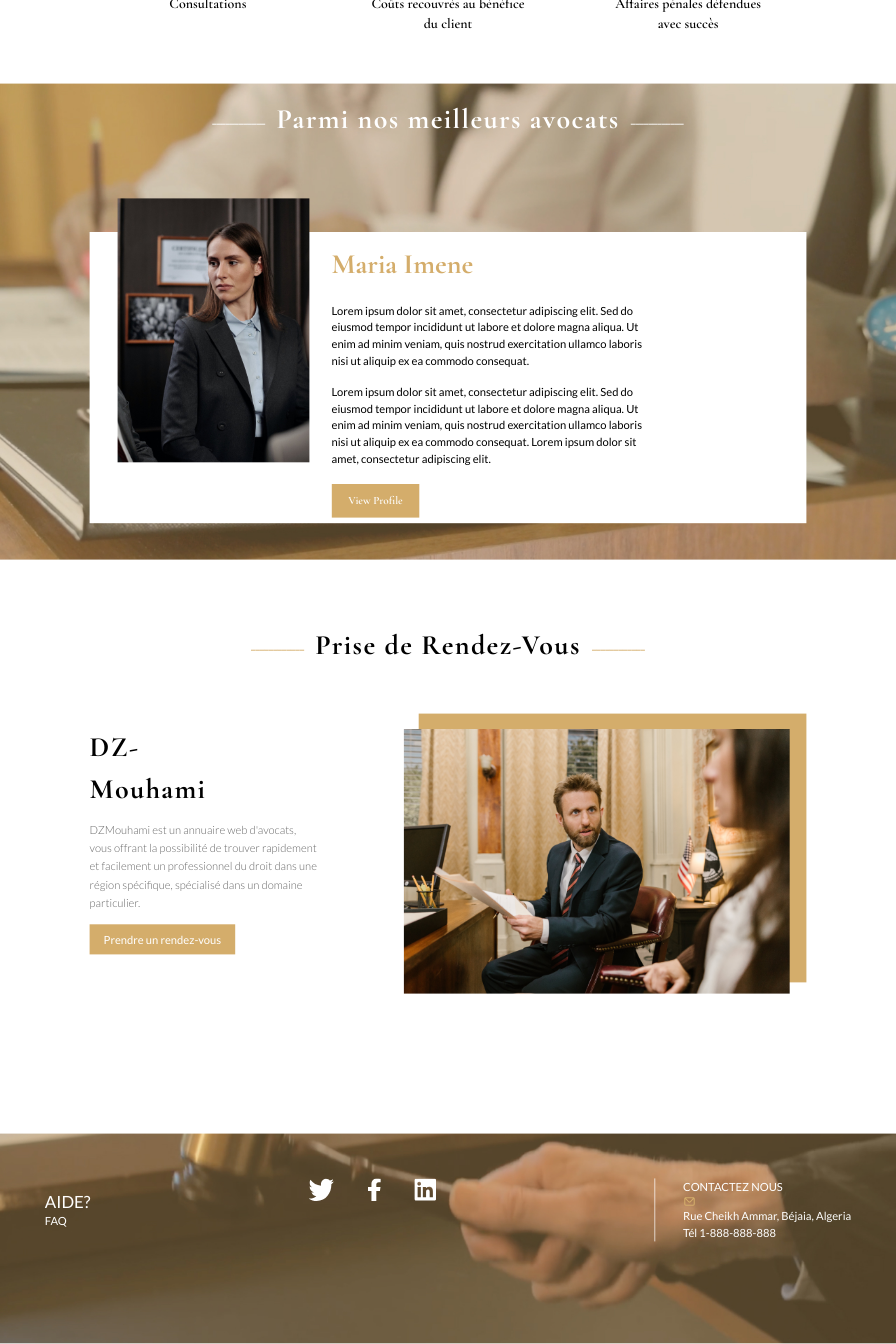
Repository: Chekrouba-Tinhinane/Mohami_dz
Page: / (app in client/)
The author's editor kept a copy of each file at every save. The page is drawn from the files as they stood at one save, then again after the next save.
The browser window is 1280 px wide. The pictures show the part of the page from y = 2348 to 4268 px (the page is 4268 px tall), at 70% of full size.
The project was rebuilt for these pictures with package versions that can differ from the ones it lists, and the page was loaded fresh each time. Also part of the build but not shown: client/vite.config.js, client/src/SignIn.jsx, client/src/components/Selector.jsx, client/src/components/SearchContainer.jsx, client/src/Search.jsx, client/src/components/super/HomeLayout.jsx, client/src/components/Profile.jsx.

Above is the page before, as saved 2024-01-25 18:13:09.

### client/index.html
<!doctype html>
<html lang="en">
  <head>
    <meta charset="UTF-8" />
    <link rel="icon" type="image/svg+xml" href="/vite.svg" />
    <meta name="viewport" content="width=device-width, initial-scale=1.0" />
    <title>Mouhami DZ</title>
  </head>
  <body>
    <div id="root"></div>
    <script type="module" src="/src/App.jsx"></script>
  </body>
</html>

### client/src/App.jsx
import React from "react";
import { createRoot } from "react-dom/client";
import { BrowserRouter, Routes, Route } from "react-router-dom";
import "./index.css";
import LandingPage from "./LandingPage";
import SignIn from "./SignIn";
import Search from "./Search";
import HomeLayout from "./components/super/HomeLayout";
import Profile from "./components/Profile";

const App = () => {
  return (
    <BrowserRouter>
      <Routes>
        <Route path={"/"} element={<LandingPage />} />

        <Route path={"/Signin"} element={<SignIn />} />
        <Route
          path={"/Search"}
          element={<HomeLayout pageComponent={<Search />} />}
        />
        {/* <Route path={"/Signin"} element={<SignIn />} />
        <Route
          path={"/Schedule"}
          element={<HomeLayout pageComponent={<Schedule />} />}
        />

        <Route
          path={"/Settings"}
          element={<HomeLayout pageComponent={<Staff />} />}
        />
        <Route
          path={"/profile/:id"}
          element={<HomeLayout pageComponent={<Profile />} />}
        /> */}
        <Route
          path={"/profile"}
          element={<HomeLayout pageComponent={<Profile />} />}
        />
      </Routes>
    </BrowserRouter>
  );
};

export default App;

const root = createRoot(document.getElementById("root"));
root.render(<App />);

### client/src/index.css
@import url("https://fonts.googleapis.com/css2?family=Cormorant+Garamond:wght@300;400;500;600;700&family=Lato:wght@100;300;400;700;900&display=swap");

@tailwind base;
@tailwind components;
@tailwind utilities;

@layer base {
  a {
    @apply cursor-pointer;
  }
  h1 {
    @apply text-[50px] font-bold;
  }
  h2 {
    @apply text-[2.5rem] font-bold;
  }
  p {
  }
  h3 {
  }
  h4 {
    @apply text-[1rem] font-semibold;
  }
  textarea {
  }
  input {
  }
  select {
  }
}

* {
  /*font-family: 'Cormorant Garamond', serif; */
  font-family: "Lato", sans-serif;
  box-sizing: border-box;
  padding: 0;
  margin: 0;
}

.recursive {
  font-family: "Cormorant Garamond", serif;
}

.nav-item::after {
  content: "";
  display: block;
  width: 0;
  height: 2px;
  margin-top: 5px;
  background-color: rgb(212, 173, 107);
  transition: width 0.4s;
}

.nav-item:hover::after {
  width: 100%;
}

### client/src/LandingPage.jsx
import React, { useEffect } from "react";

import header from "./assets/landing/header.jpg";
import hero from "./assets/landing/hero.png";
import section1 from "./assets/landing/section1.jpg";
import section2 from "./assets/landing/section2.jpg";
import footer from "./assets/landing/footer.jpg";
import maria from "./assets/landing/maria.jpg";
import scene from "./assets/landing/scene.png";

import msg from "./assets/icons/contact/msg.svg";

import twitter from "./assets/icons/footer/twitter.svg";
import fb from "./assets/icons/footer/fb.svg";
import linkedin from "./assets/icons/footer/linkedin.svg";

import NavBar from "./components/super/NavBar";

import AOS from "aos";
import "aos/dist/aos.css";

AOS.init();

const LandingPage = () => {
  useEffect(() => {
    AOS.refresh();
  }, []);

  return (
    <div className="overflow-hidden flex flex-col relative mx-auto items-center bg-white z-10">
      <header className=" p-3 recursive border-b border-b-primary w-[90%] text-center font-semibold text-xl">
        {" "}
        DZ Mouhami{" "}
      </header>
      <NavBar />
      <Header />
      <About />
      <Feedback />

      <Achievements />
      <Hero />
      <Appoint />
      <Footer />
    </div>
  );
};

export default LandingPage;

function Header() {
  return (
    <section
      id="header"
      className=" relative flex w-screen justify-center my-3"
    >
      <img src={header} className="w-full h-[600px] object-cover" alt="" />
      <h2 className=" recursive absolute bottom-[7%] left-[10%] text-white w-[60%]">
        "Legal Solutions, Trusted Advocacy: Your Path to Justice Begins with
        Us."
      </h2>
    </section>
  );
}

function About() {
  return (
    <section
      id="about"
      data-aos="fade-right"
      data-aos-duration="1000"
      className="mx-3 my-10 flex gap-[6rem] justify-center items-center"
    >
      {/* fifth section */}
      <div className=" flex flex-col w-[40%] ">
        <h2 className=" recursive w-[40%] place-self-end">
          A propos de DZ Mouhami
        </h2>
        <img src={hero} className="" alt="" />
      </div>

      <div className=" basis-[40%] mb-16 ">
        {" "}
        {/*  */}
        <h2 className=" recursive tracking-wider w-[50%] my-4">DZ-Mouhami</h2>
        <p className=" w-[80%] opacity-60 font-light leading-relaxed mb-7">
          DZMouhami est un annuaire web d'avocats, vous offrant la possibilité
          de trouver rapidement et facilement un professionnel du droit dans une
          région spécifique, spécialisé dans un domaine particulier.
        </p>
        <a
          href=""
          className=" py-2 px-5 text-white bg-primary hover:bg-opacity-65"
        >
          Trouver un avocat
        </a>
      </div>
    </section>
  );
}

function Feedback() {
  const userComments = [
    {
      username: "User123",
      comment:
        "Effortlessly found the right lawyer for my needs – the detailed profiles and client reviews streamlined the decision-making process.",
    },
    {
      username: "LegalEagle",
      comment:
        "Incredibly user-friendly directory; comprehensive lawyer profiles and responsive design made my search for legal representation hassle-free.",
    },
    {
      username: "LawSeeker",
      comment:
        "Highly impressed with the intuitive interface and wealth of information – this directory simplified the task of finding a skilled attorney.",
    },
  ];

  // You can now use the userComments array as needed in your code.

  return (
    <section
      id="feedback"
      className=" relative flex w-screen justify-center my-4"
    >
      <img
        src={section1}
        className="w-full h-[640px] bg-center object-cover"
        alt=""
      />
      <div className="absolute top-0 text-white">
        <div className=" flex flex-col items-center">
          <div className="flex items-center my-5 gap-4">
            <span className=" font-semibold select-none">____________</span>
            <h2 className=" recursive  tracking-wider ">
              Nos Témoignages
            </h2>{" "}
            <span className=" font-semibold select-none">____________</span>
          </div>

          <h2 className=" mt-16 mb-8 recursive w-[85%] text-center">
            CE QUE NOS CLIENTS PENSENT DE NOUS
          </h2>
          <div className=" flex gap-10 w-[75%] ">
            {userComments.map((el, i) => {
              return (
                <div className=" flex flex-col justify-between bg-white p-6 rounded-md text-black text-sm h-56 ">
                  {el.comment}
                  <div className=" flex gap-5 items-center">
                    {" "}
                    <div class="w-14 h-14 bg-gray-500 rounded-full"></div>
                    {el.username}
                  </div>
                </div>
              );
            })}
          </div>
        </div>
      </div>
    </section>
  );
}

function Achievements() {
  return (
    <div className=" flex flex-col w-[80%] items-center mx-auto my-10 gap-8 ">
      <div className="flex items-center my-5 gap-4">
        <span className=" font-semibold select-none text-primary">
          ____________
        </span>
        <h2 className=" recursive tracking-wider">Nos Réalisations</h2>{" "}
        <span className=" font-semibold select-none text-primary">
          ____________
        </span>
      </div>

      <div className="flex w-full justify-between  ">
        <div className="flex flex-col items-center basis-[33%] gap-4">
          {" "}
          <h4 className=" recursive text-primary text-3xl font-bold">
            879+
          </h4>{" "}
          <span className=" w-[70%] text-center recursive font-semibold text-xl">
            Consultations
          </span>
        </div>
        <div className="flex flex-col items-center basis-[33%] gap-4">
          {" "}
          <h4 className=" recursive text-primary text-3xl font-bold">
            12 Mil
          </h4>{" "}
          <span className=" w-[70%] text-center recursive font-semibold text-xl">
            Coûts recouvrés au bénéfice du client
          </span>
        </div>
        <div className="flex flex-col items-center basis-[33%] gap-4">
          {" "}
          <h4 className=" recursive text-primary text-3xl font-bold">
            92%
          </h4>{" "}
          <span className=" w-[70%] text-center recursive font-semibold text-xl">
            Affaires pénales défendues avec succès
          </span>
        </div>
      </div>
    </div>
  );
}

function Hero() {
  return (
    <section id="hero" className=" relative flex w-screen justify-center my-8 ">
      <img
        src={section2}
        className="w-full h-[680px] bg-center object-cover"
        alt=""
      />
      <div className="absolute top-0 text-white">
        <div className=" flex flex-col items-center gap-[6rem]">
          <div className="flex items-center my-5 gap-4">
            <span className=" font-semibold select-none">____________</span>
            <h2 className=" recursive  tracking-wider ">
              Parmi nos meilleurs avocats
            </h2>{" "}
            <span className=" font-semibold select-none">____________</span>
          </div>

          <div className=" flex gap-8 w-[80%] bg-white text-black h-[26rem] px-10 my-4 ">
            <div className="relative basis-[30%]">
              {" "}
              <img
                src={maria}
                alt=""
                className=" absolute -top-12  object-contain"
              />
            </div>
            <div className=" flex flex-col basis-[70%] my-4 gap-6  ">
              {" "}
              <h2 className=" recursive text-primary">Maria Imene</h2>{" "}
              <p className=" w-[70%] flex flex-col gap-5 ">
                <span>
                  Lorem ipsum dolor sit amet, consectetur adipiscing elit. Sed
                  do eiusmod tempor incididunt ut labore et dolore magna aliqua.
                  Ut enim ad minim veniam, quis nostrud exercitation ullamco
                  laboris nisi ut aliquip ex ea commodo consequat.{" "}
                </span>

                <span>
                  Lorem ipsum dolor sit amet, consectetur adipiscing elit. Sed
                  do eiusmod tempor incididunt ut labore et dolore magna aliqua.
                  Ut enim ad minim veniam, quis nostrud exercitation ullamco
                  laboris nisi ut aliquip ex ea commodo consequat. Lorem ipsum
                  dolor sit amet, consectetur adipiscing elit.
                </span>
              </p>
              <a
                href=""
                className="flex w-max recursive text-white bg-primary px-6 py-3 font-semibold hover:bg-opacity-75"
              >
                View Profile
              </a>
            </div>
          </div>
        </div>
      </div>
    </section>
  );
}

function Footer() {
  return (
    <footer
      id="footer"
      className="h-[300px] relative flex w-full justify-center mt-[10rem] text-white"
    >
      <img src={footer} alt="" className="w-full object-cover" />
      {/* sixth section */}
      <div className="absolute w-full flex justify-center pt-[4rem]">
        <div className="flex items-center justify-between px-16 max-w-[86rem] w-full">
          <div className="flex flex-col">
            <h3 className=" text-2xl">AIDE?</h3>
            <ul>
              <li>FAQ</li>
              <li></li>
              <li></li>

            </ul>

          </div>

          <div className="flex place-self-start gap-[3rem]">
            <img src={twitter} alt="" />
            <img src={fb} alt="" />
            <img src={linkedin} alt="" />
          </div>

          <div className="border-l border-l-white pl-10 flex flex-col">
            <p>
              CONTACTEZ NOUS
              <span>
                <img src={msg} alt="" />
              </span>
            </p>
            <p>Rue Cheikh Ammar, Béjaia, Algeria</p>
            <p>Tél 1-888-888-888</p>
          </div>
        </div>
      </div>
    </footer>
  );
}

function Appoint() {
  return (
    <section
      id="appoint"
      className=" flex flex-col w-full justify-center items-center gap-[3rem] my-10"
    >
      <div className=" flex flex-col items-center">
        <div className="flex items-center my-5 gap-4">
          <span className=" font-semibold select-none text-primary">
            ____________
          </span>
          <h2 className=" recursive  tracking-wider ">Prise de Rendez-Vous</h2>{" "}
          <span className=" font-semibold select-none text-primary">
            ____________
          </span>
        </div>
      </div>

      <div className=" flex w-[80%] items-center justify-between ">
        <div className=" basis-[40%] mb-16 ">
          {" "}
          {/*  */}
          <h2 className=" recursive tracking-wider w-[50%] my-4">DZ-Mouhami</h2>
          <p className=" w-[80%] opacity-60 font-light leading-relaxed mb-7">
            DZMouhami est un annuaire web d'avocats, vous offrant la possibilité
            de trouver rapidement et facilement un professionnel du droit dans
            une région spécifique, spécialisé dans un domaine particulier.
          </p>
          <a
            href=""
            className=" py-3 px-5 text-white bg-primary hover:bg-opacity-65"
          >
            Prendre un rendez-vous{" "}
          </a>
        </div>

        <img src={scene} className="" alt="" />
      </div>
    </section>
  );
}

### client/src/components/super/NavBar.jsx
import { motion } from "framer-motion";
import { Link } from "react-router-dom";
import { Link as ScrollLink } from "react-scroll";

const NavBar = () => {
  return (
    <div
      whileHover={{ scale: 1, originX: 0, color: "#D4AD6B" }}
      transition={{ type: "tween", duration: 0.2 }}
      className=" flex items-center px-20 pt-6 mb-3 w-full justify-between "
    >
      <motion.ul className="flex gap-[2rem] text-sm">
        <motion.li
          whileHover={{ scale: 1, originX: 0, color: "#D4AD6B" }}
          transition={{ type: "tween", duration: 0.2 }}
          className=" font-semibold opacity-80 tracking-wider cursor-pointer"
        >
          <ScrollLink
            to={"about"}
            spy={true}
            smooth={true}
            offset={-50}
            duration={500}
            className="nav-item"
          >
            Accueil
          </ScrollLink>
        </motion.li>
        <motion.li
          whileHover={{ scale: 1, originX: 0, color: "#D4AD6B" }}
          transition={{ type: "tween", duration: 0.2 }}
          className=" font-semibold opacity-80 tracking-wider cursor-pointer"
        >
          <ScrollLink
            to="hero"
            spy={true}
            smooth={true}
            offset={0}
            duration={500}
            className="nav-item"
          >
            Trouver un avocat
          </ScrollLink>
        </motion.li>
        <motion.li
          whileHover={{ scale: 1, originX: 0, color: "#D4AD6B" }}
          transition={{ type: "tween", duration: 0.2 }}
          className=" font-semibold opacity-80 tracking-wider cursor-pointer"
        >
          <ScrollLink
            to="appoint"
            spy={true}
            smooth={true}
            offset={50}
            duration={500}
            className="nav-item"
          >
            Prendre un rendez-vous
          </ScrollLink>
        </motion.li>
        <motion.li
          whileHover={{ scale: 1, originX: 0, color: "#D4AD6B" }}
          transition={{ type: "tween", duration: 0.2 }}
          className=" font-semibold opacity-80 tracking-wider cursor-pointer"
        >
          <ScrollLink
            to="footer"
            spy={true}
            smooth={true}
            offset={-100}
            duration={500}
            className="nav-item"
          >
            Contactez nous
          </ScrollLink>
        </motion.li>
      </motion.ul>
      <div className="flex gap-[1rem]">
        <Link
          to={"/SignIn"}
          href=""
          className=" recursive flex items-center font-semibold text-primary border border-primary bg-white text-center text-lg py-1.5 px-3.5 hover:bg-opacity-70 "
        >
          Se connecter
        </Link>
      </div>
    </div>
  );
};

export default NavBar;

### client/tailwind.config.js
/** @type {import('tailwindcss').Config} */
module.exports = {
  content: ["./src/**/*.{js,jsx,ts,tsx}"],
  theme: {
    extend: {
      colors: {
        lightBrown: "#FAF5EE",
        primary: "#D4AD6B"
      },
    },
  },
  plugins: [],
};

After the next save:
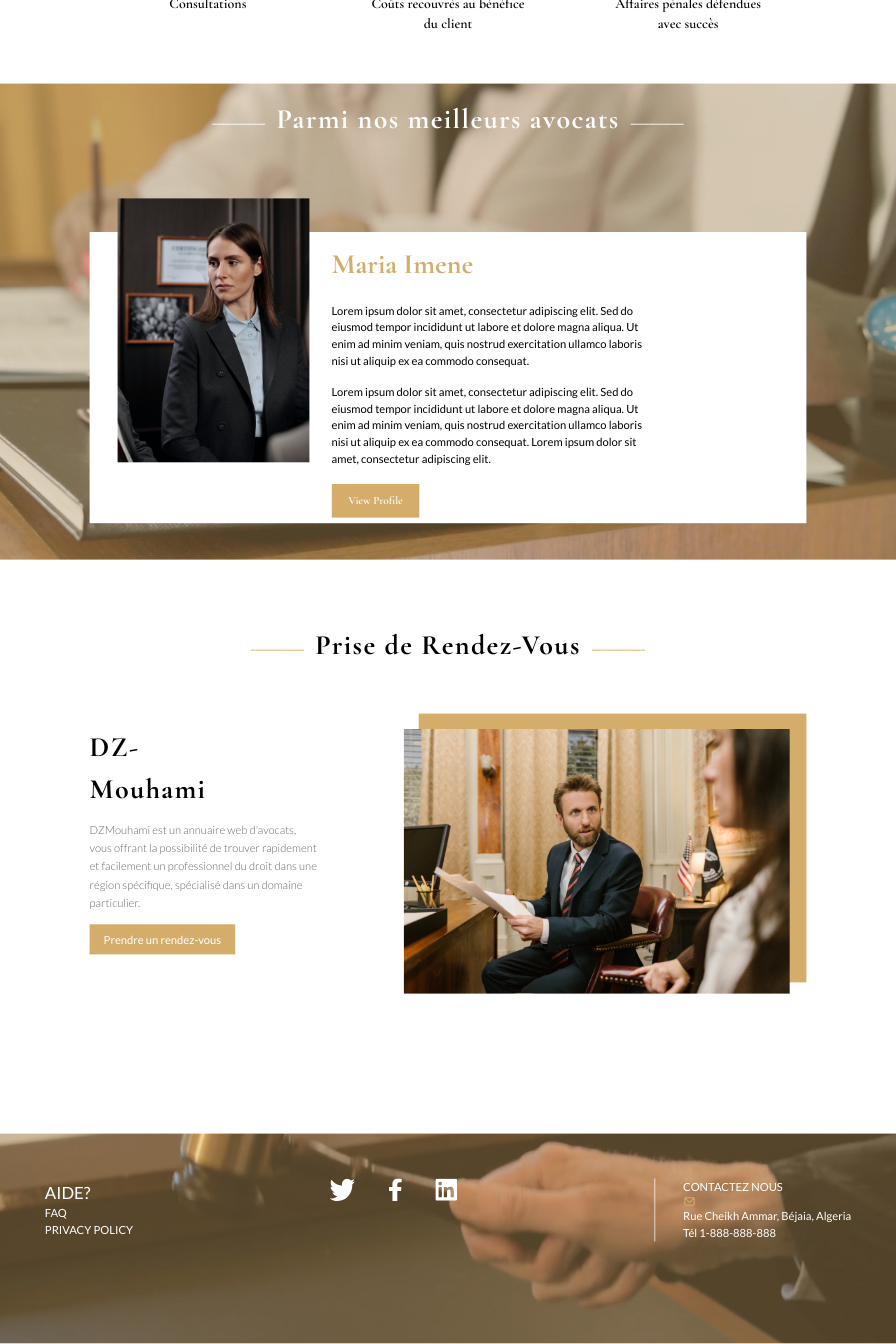
Saved 6 s later.
--- a/client/src/LandingPage.jsx
+++ b/client/src/LandingPage.jsx
@@ -282,7 +282,7 @@ function Footer() {
             <h3 className=" text-2xl">AIDE?</h3>
             <ul>
               <li>FAQ</li>
-              <li></li>
+              <li>PRIVACY POLICY</li>
               <li></li>
 
             </ul>
